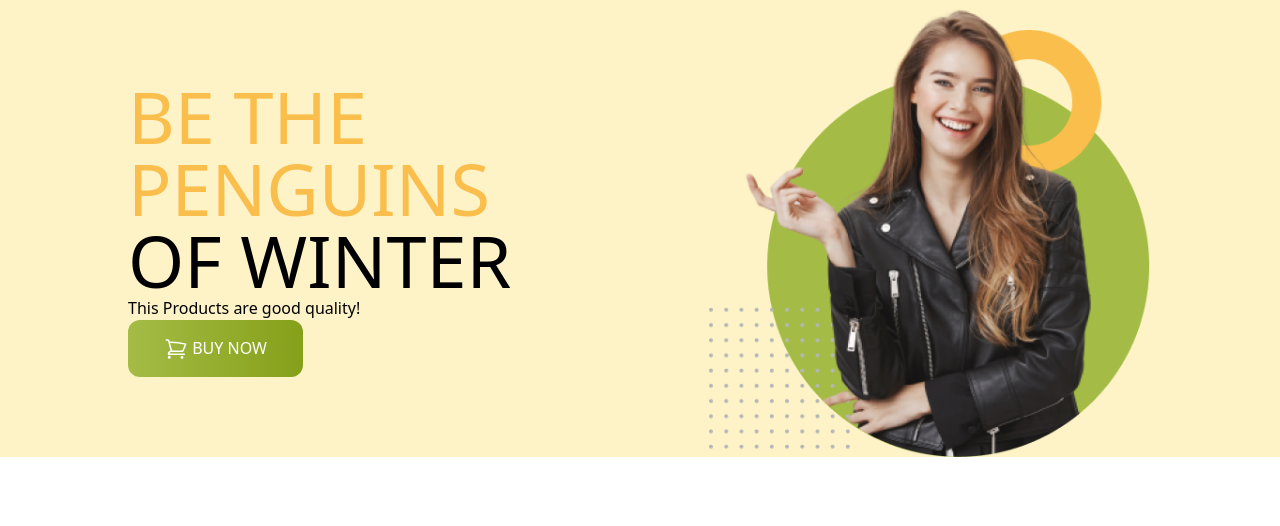
Repository: SyeadaSakina/Penguins-fashion
Page: index.html
An editor plug-in stored every save of this project. The page is shown before and after the next save, followed by the edit.
The browser window is 1280 px wide. The pictures show the whole page.
Some web libraries are served in a nearby version.

Above is the page before, as saved 2023-07-22 00:15:45.

After the next save:
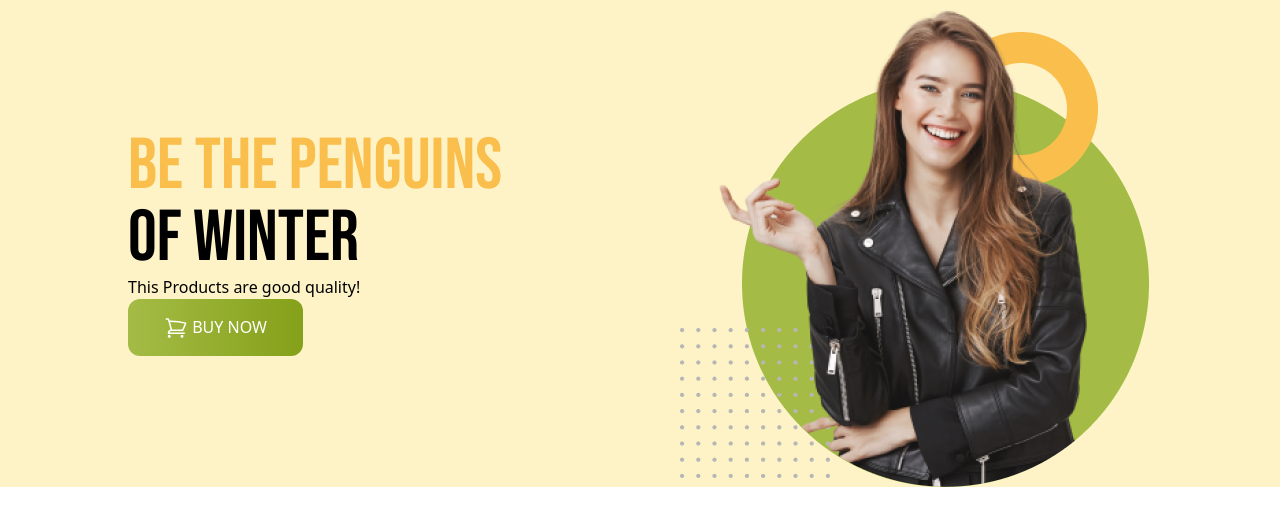
Saved 50 s later.
--- a/index.html
+++ b/index.html
@@ -26,7 +26,7 @@
         <!-- banner section -->
         <div class="flex justify-between items-center">
             <div>
-                <h1 class="text-7xl uppercase"> <span class="text-[#FABE4C]">Be the Penguins</span>
+                <h1 class="text-7xl uppercase font-bebas"> <span class="text-[#FABE4C]">Be the Penguins</span>
                     <br> of Winter
                 </h1>
                 <p>
